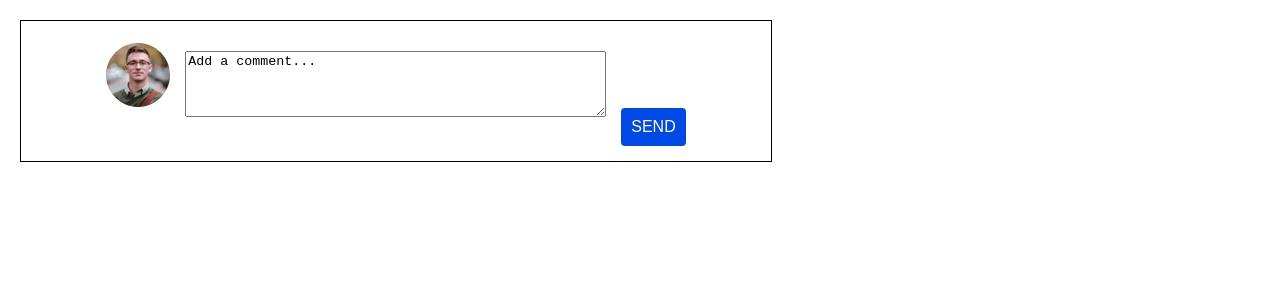
Repository: badhon252/interactive-comments-section
Page: /
An editor plug-in stored every save of this project. The page is shown before and after the next save, followed by the edit.
The browser window is 1280 px wide. The pictures show the whole page.
The project was rebuilt for these pictures with package versions that can differ from the ones it lists, and the page was loaded fresh each time.

Above is the page before, as saved 2022-01-27 21:09:08.

After the next save:
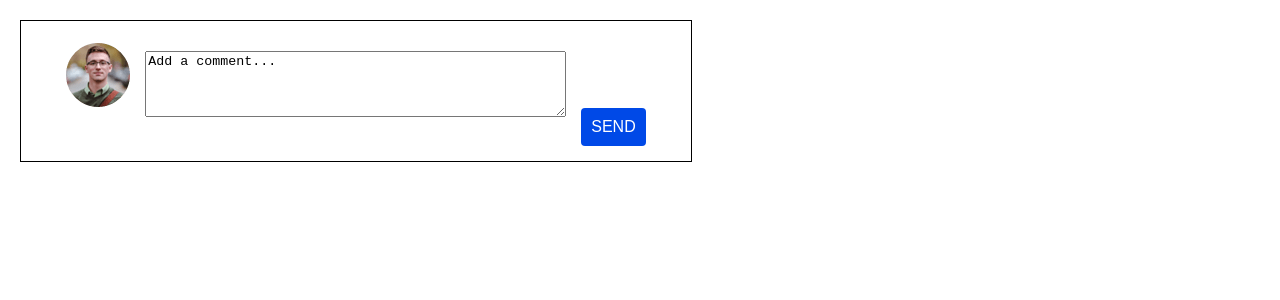
Saved 9 s later.
--- a/src/App.css
+++ b/src/App.css
@@ -3,7 +3,7 @@
   border: 1px solid black;
   padding: 15px;
   margin: 20px;
-  width: 45rem;
+  width: 40rem;
 }
 
 .submit-btn {
